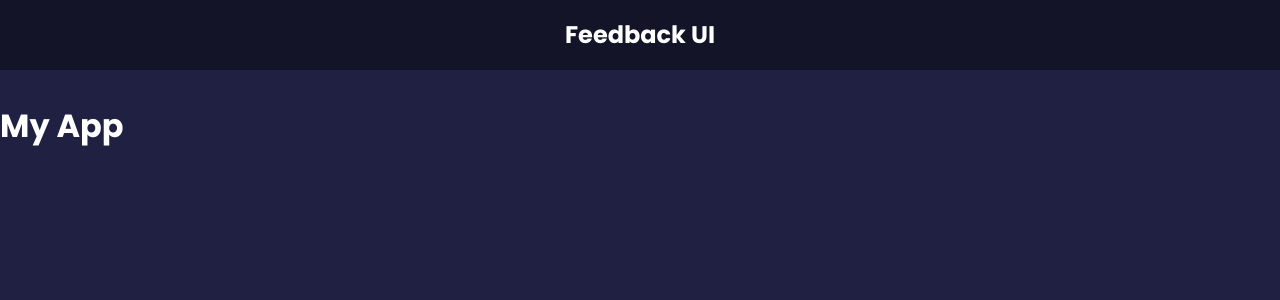
Repository: haokiet2501/feedback-app
Page: /
An editor plug-in stored every save of this project. The page is shown before and after a run of saves, followed by the edit.
The browser window is 1280 px wide. The pictures show the whole page.
The project was rebuilt for these pictures with package versions that can differ from the ones it lists, and the page was loaded fresh each time.

Above is the page before, as saved 2022-02-23 09:10:59.

After the next 2 saves:
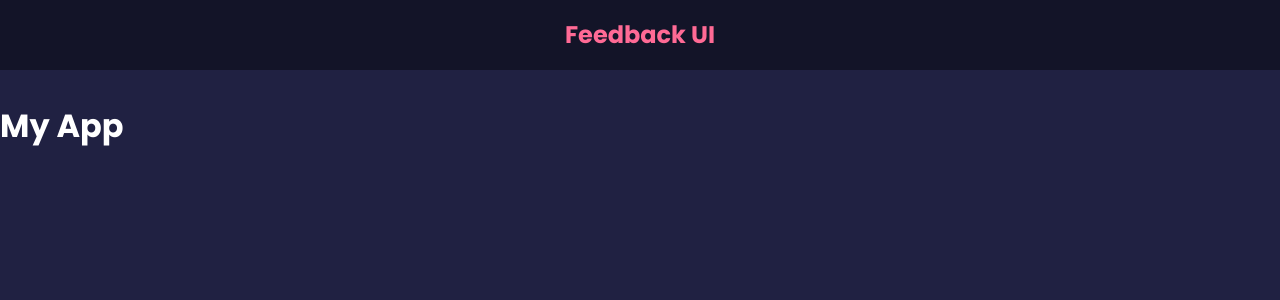
The 2 saves are shown as one change because they came seconds apart.
The last was saved 8 s later.
--- a/src/components/Header.jsx
+++ b/src/components/Header.jsx
@@ -18,7 +18,7 @@ const Header = ({ text, bgColor, textColor }) => {
 Header.defaultProps = {
     text: 'Feedback UI',
     bgColor: 'rgba(0, 0, 0, 0.4)',
-    textColor: ''
+    textColor: '#ff6a95'
 }
 
 Header.proTypes = {
